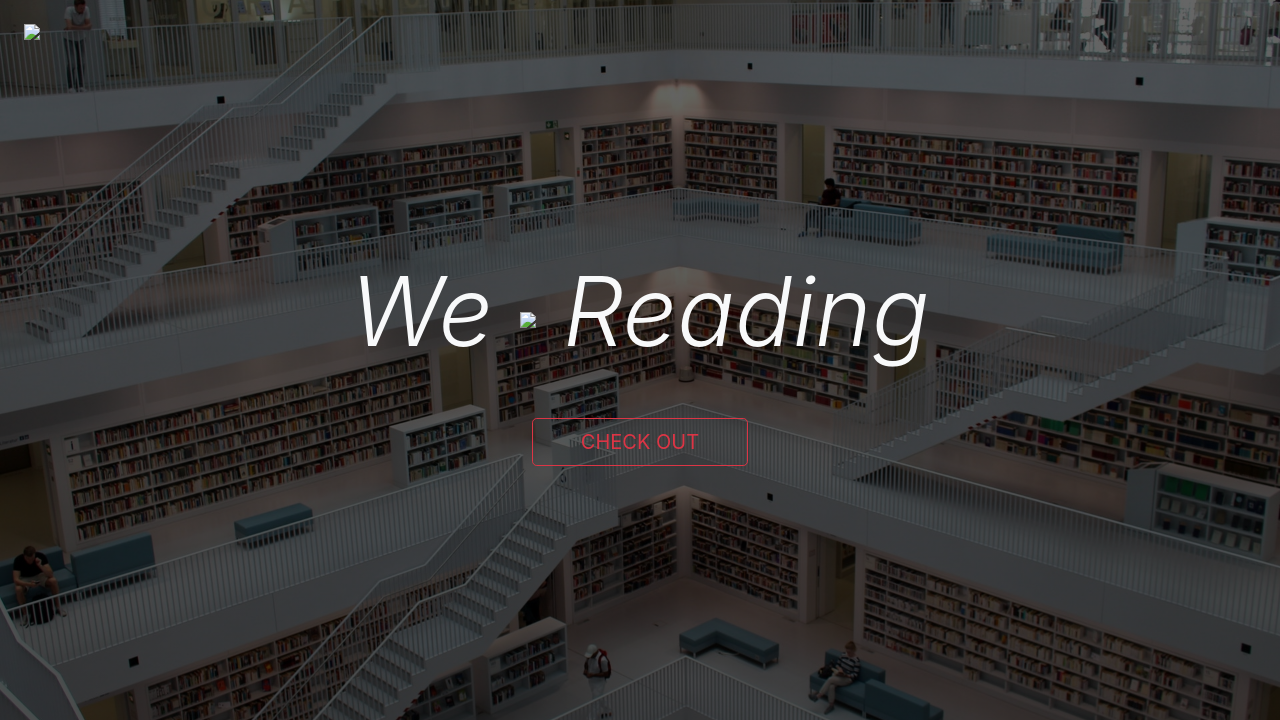
Repository: imedakrouti/BookStore
Page: index.html
The author's editor kept a copy of each file at every save. The page is drawn from the files as they stood at one save, then again after the next save.
The browser window is 1280 px wide. The pictures show the whole page.
Some web libraries are served in a nearby version.

Above is the page before, as saved 2020-05-05 16:26:38.
Not found: img/book.png
Not found: img/heart.png

### index.html
<!DOCTYPE html>
<html lang="en">
<head>
    <meta charset="UTF-8">
    <!-- meta view-port responsive design -->
    <meta name="viewport" content="width=device-width, initial-scale=1.0">
    <!-- Favicon -->
    <link rel="shortcut icon" href="images/img/title-img.png" type="image/x-icon">
    <!-- Fontawsome -->
    <link rel="stylesheet" href="https://use.fontawesome.com/releases/v5.0.10/css/all.css" integrity="sha384-+d0P83n9kaQMCwj8F4RJB66tzIwOKmrdb46+porD/OvrJ+37WqIM7UoBtwHO6Nlg" crossorigin="anonymous">
    <!-- Css Bootstrap -->
    <link rel="stylesheet" href="pluguin/bootstrap/css/bootstrap.min.css">
    <!-- Css style -->
    <link rel="stylesheet" href="styles/styles.css">
    <title>Books Site</title>
</head>
<body>
    <header class="d-flex align-items-center">
        <div class="align-self-start position-absolute">
          <a href="#">
            <img src="img/book.png" width="120" class="img-fluid m-4">
          </a>
        </div>
        <div class="container">
          <div class="row">
            <div class="col text-center">
              <h1 class="text-light display-1 font-italic mb-5 banner-heading">We <img src="img/heart.png" width="250" class="img-fluid"> Reading</h1>
              <a href="#" class="btn btn-lg btn-outline-danger text-uppercase px-5">Check Out</a>
            </div>
          </div>
        </div>
      </header>
    <!-- End Of Header -->
<!-- Jquery -->
<script src="pluguin/jquery-3.3.1.min.js"></script>
<!-- Popper js -->
<script src="pluguin/popper.js"></script>
<!-- Bootstrap js  -->
<script src="pluguin/bootstrap/js/bootstrap.min.js"></script>
<!-- Own js file -->
<script src="js/script.js"></script>
</body>
</html>

### styles/styles.css
@import url('https://fonts.googleapis.com/css?family=Great+Vibes&display=swap');

*{
    margin: 0;
    padding: 0;
    box-sizing:border-box;
}
body{
    /* font-family: 'Great Vibes', cursive; */
}
a:hover{
    text-decoration: none;
}
header{
    height: 100vh;
    background:linear-gradient(rgba(0,0,0,0.6),rgba(0,0,0,0.7)),url('../images/img/header-bg.jpeg')no-repeat fixed center /cover;
}
.hero{
    height: 100vh;
    display: flex;
    justify-content: center;
    align-items: center;
}

Loaded but not shown: pluguin/bootstrap/css/bootstrap.min.css (library); pluguin/jquery-3.3.1.min.js (library); pluguin/popper.js (library); pluguin/bootstrap/js/bootstrap.min.js (library); js/script.js (no stored copy; drawn as an empty file)

After the next save:
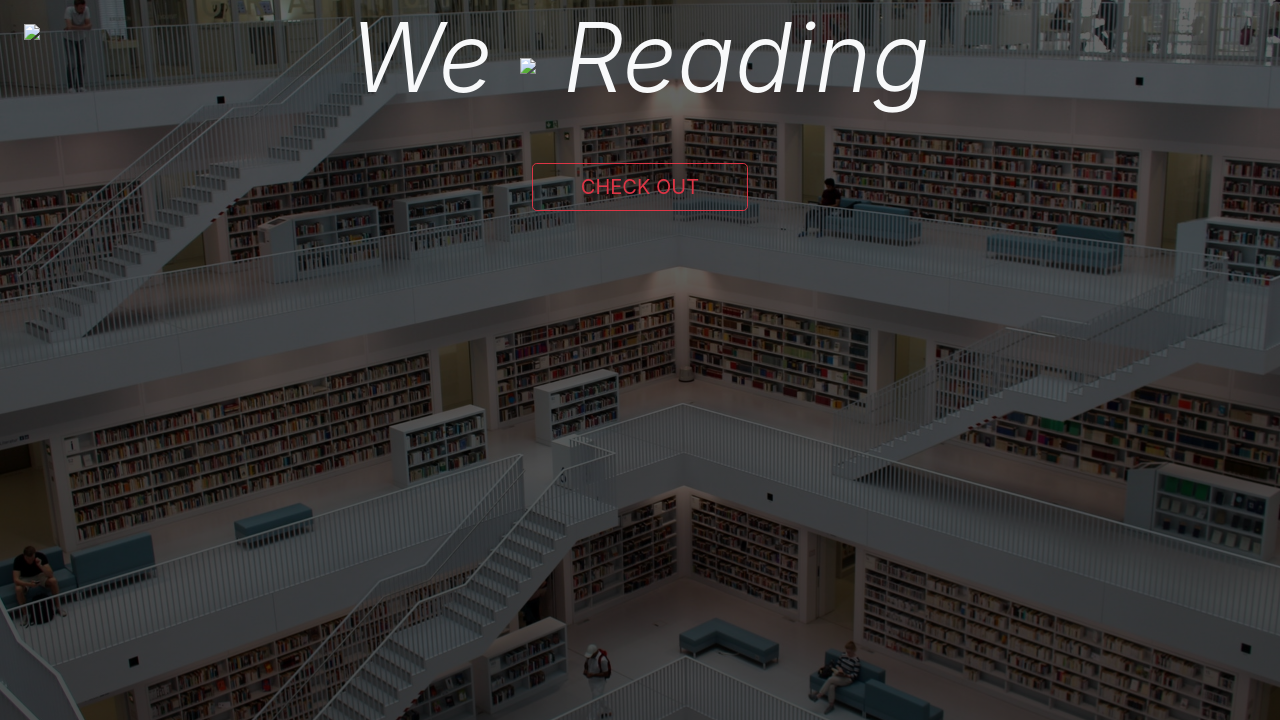
Saved 17 s later.
--- a/index.html
+++ b/index.html
@@ -15,7 +15,7 @@
     <title>Books Site</title>
 </head>
 <body>
-    <header class="d-flex align-items-center">
+    <header class="d-flex ">
         <div class="align-self-start position-absolute">
           <a href="#">
             <img src="img/book.png" width="120" class="img-fluid m-4">
